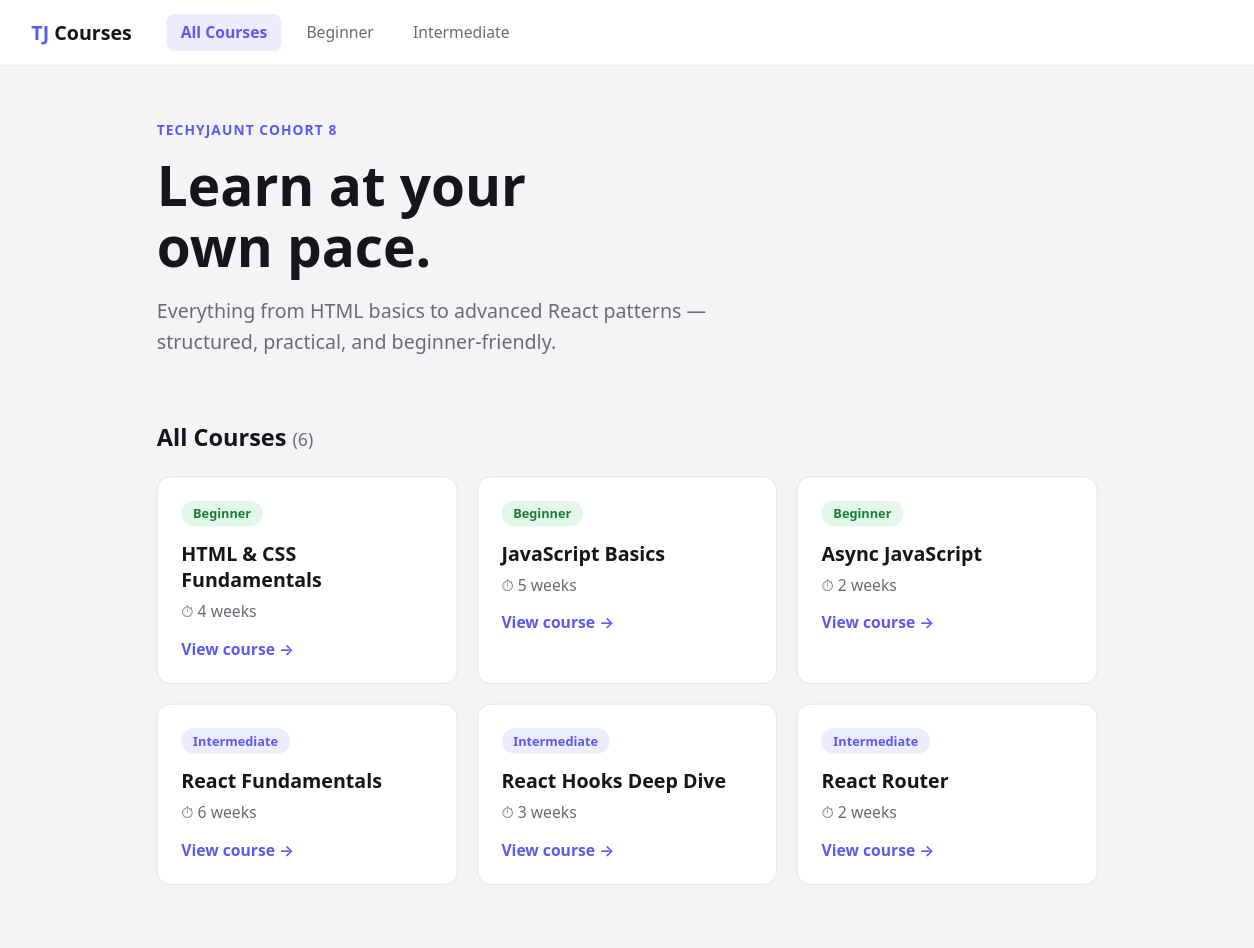
Repository: Daki-builds/Course-Catalog
Page: /
An editor plug-in stored every save of this project. The page is shown before and after the next save, followed by the edit.
The browser window is 1280 px wide. The pictures show the whole page, at 98% of full size.
The project was rebuilt for these pictures with package versions that can differ from the ones it lists, and the page was loaded fresh each time. Also part of the build but not shown: vite.config.js, src/Pages/CourseDetail.jsx, src/Pages/Category.jsx, src/Pages/NotFound.jsx.

Above is the page before, as saved 2026-11-04 13:11:41.

After the next save:
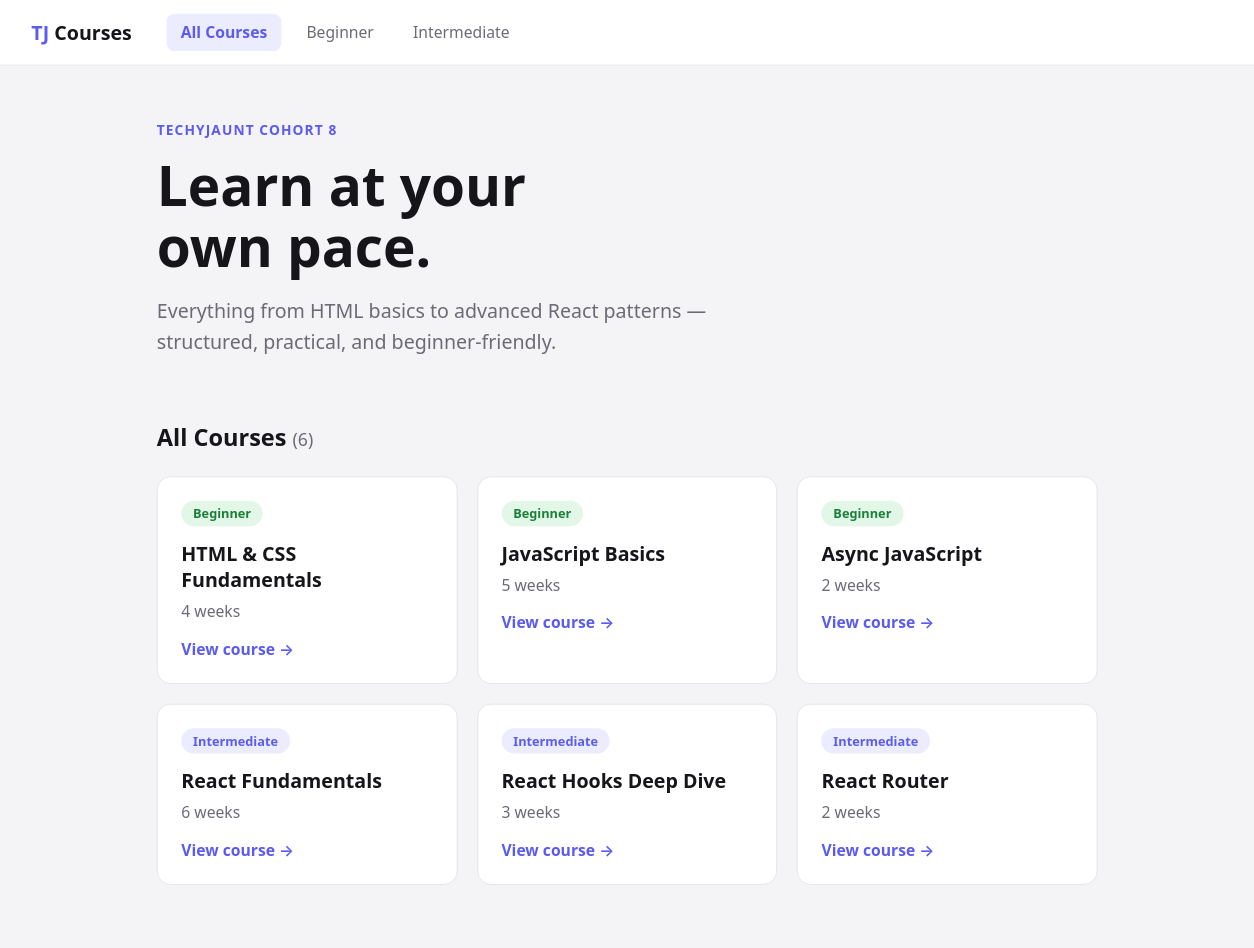
Saved 25 h 13 min later.
--- a/src/Components/CourseCard.jsx
+++ b/src/Components/CourseCard.jsx
@@ -7,7 +7,7 @@ export default function CourseCard({ course }) {
         {course.category}
       </span>
       <h3>{course.title}</h3>
-      <p className="muted">⏱ {course.duration}</p>
+      <p className="muted"> {course.duration}</p>
       <span className="card-link">View course →</span>
     </Link>
   );
